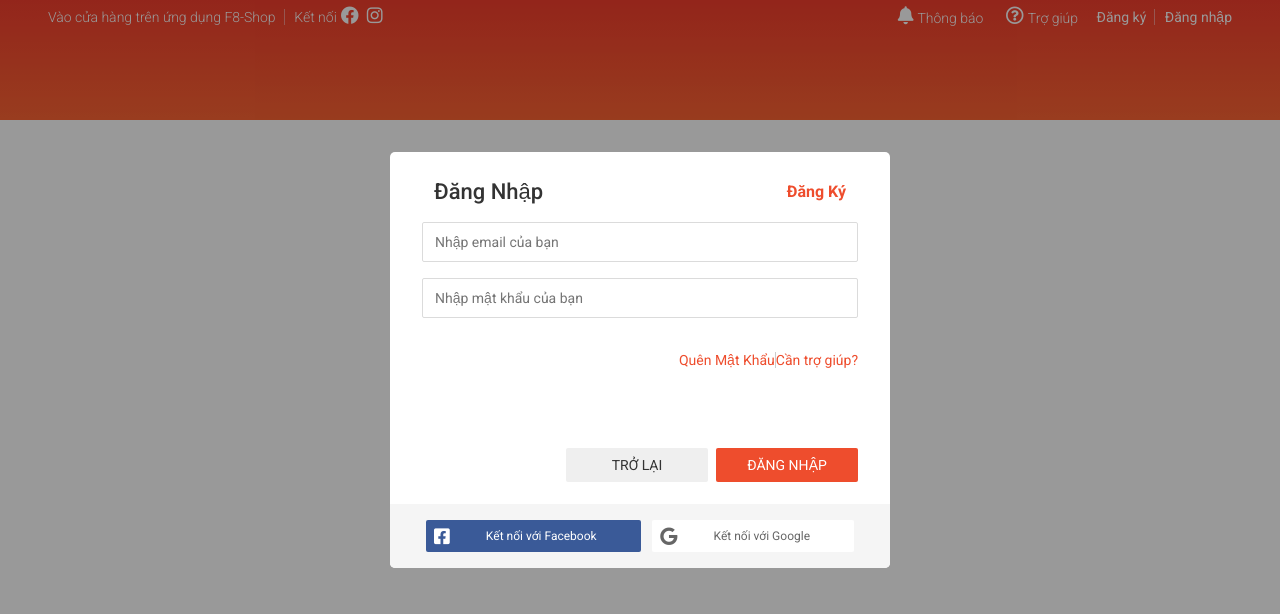
Repository: huynhnhan112/Shopee_Homepage
Page: index.html
These files come from the project's save history. The page is drawn as it stood at one moment and after the next save; the edit follows.
The browser window is 1280 px wide. The pictures show the whole page.

Above is the page before, as saved 2021-11-19 16:45:22.

After the next save:
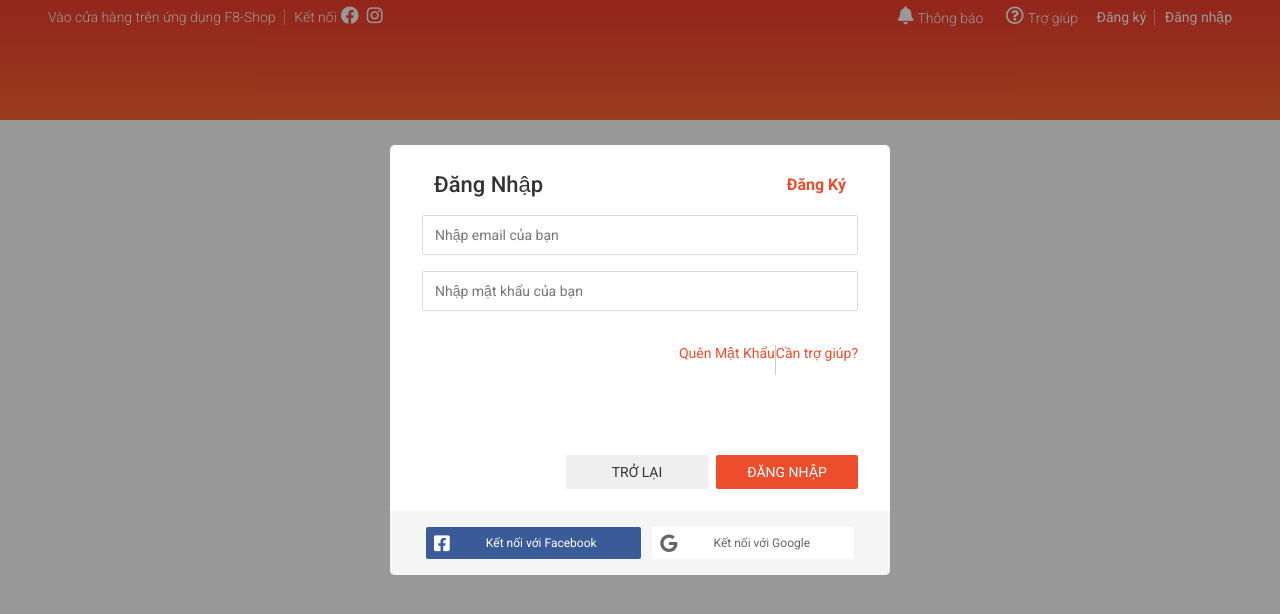
Saved 14 s later.
--- a/assets/css/style.css
+++ b/assets/css/style.css
@@ -364,5 +364,5 @@
 .auth-form__separate{
     display: block;
     border-left: 1px solid #ccc;
-
-}
+    height: 30px;
+}
